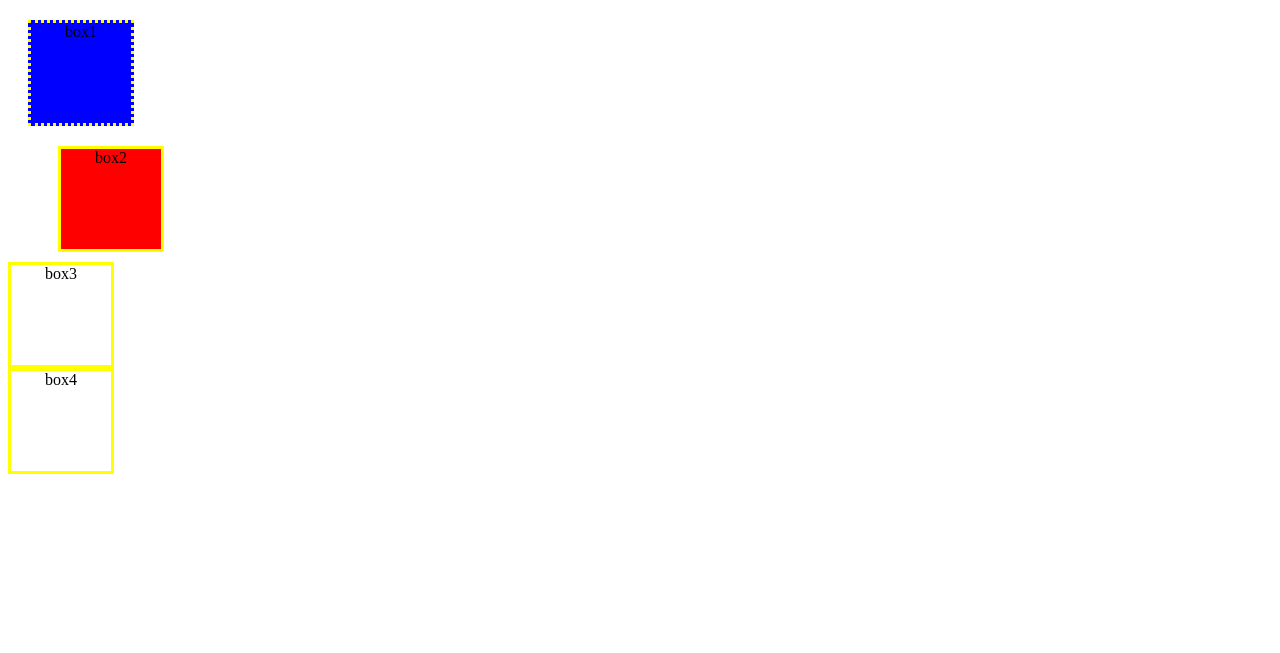
Repository: LucestDail/WebEclipse-Workspace
Page: htmlProject/WebContent/cssEx5.html
These files come from the project's save history. The page is drawn as it stood at one moment and after the next save; the edit follows.
The browser window is 1280 px wide. The pictures show the whole page.

Above is the page before, as saved 2020-11-06 06:36:24.

After the next save:
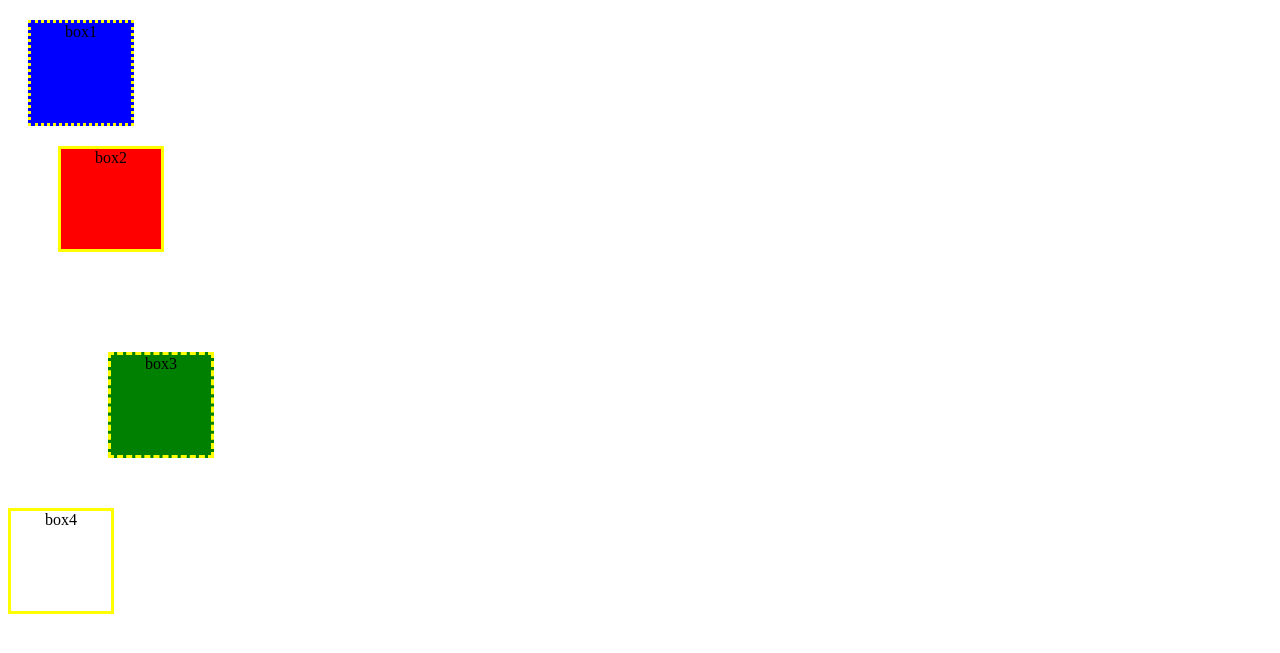
Saved 65 s later.
--- a/htmlProject/WebContent/cssEx5.html
+++ b/htmlProject/WebContent/cssEx5.html
@@ -16,12 +16,20 @@ div{
 	background : blue;
 }
 .m2{
-	border-style : 3px solid black;
+	border-style : solid;
 	margin-top: 10px;
 	margin-bottom: 10px;
 	margin-right: 100px;
 	margin-left: 50px;
 	background: red;
+}
+.m3{
+	border-style:dashed;
+	margin-top:100px;
+	margin-bottom:50px;
+	margin-right:100px;
+	margin-left:100px;
+	background:green;
 }
 </style>
 </head>
